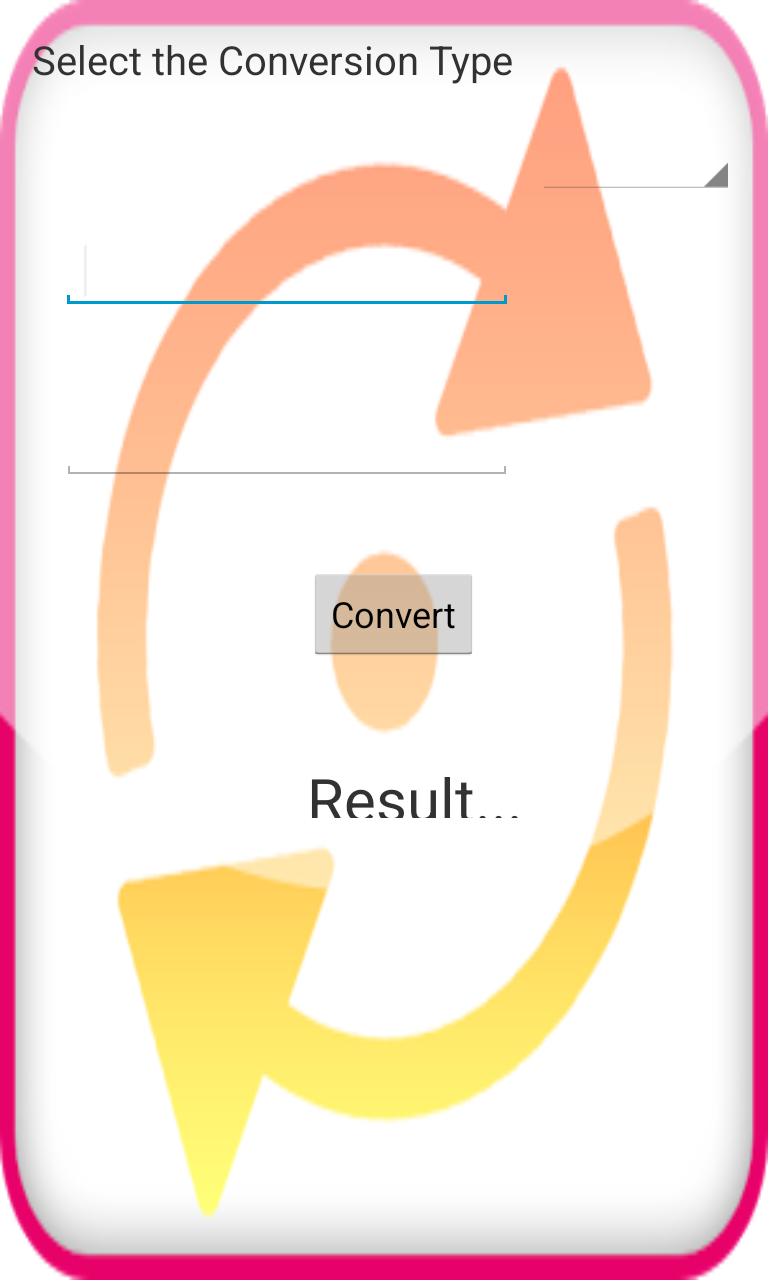
Repository: Shruthi06/designed-droid
Layout: conversion_assignment/res/layout/activity_main.xml
The author's editor kept a copy of each file at every save. The layout is drawn from the files as they stood at one save, then again after the next save.
It is drawn on a 768 x 1280 px phone screen (xhdpi) without system bars, with theme AppTheme; the app's code is not run.

Above is the layout before, as saved 2016-02-05 08:16:52.

After the next save:
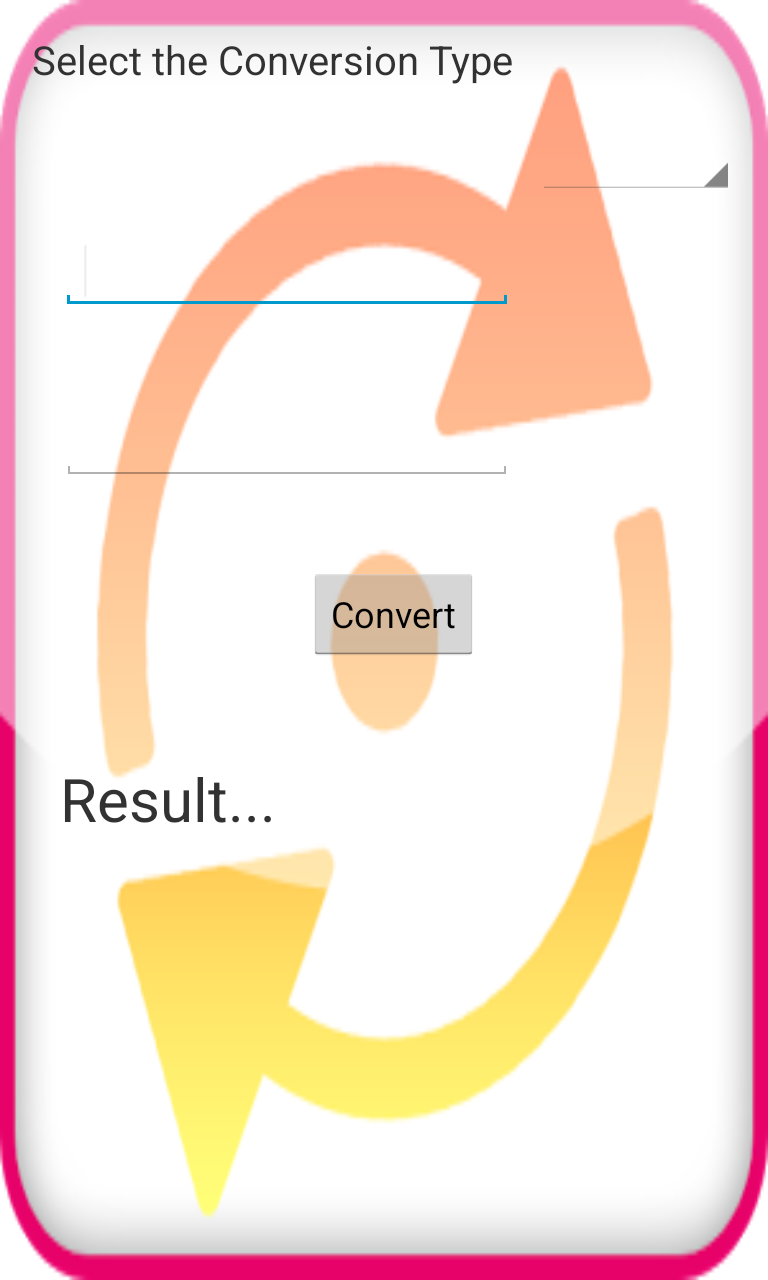
Saved 19 s later.
--- a/conversion_assignment/res/layout/activity_main.xml
+++ b/conversion_assignment/res/layout/activity_main.xml
@@ -63,12 +63,12 @@
 
     <TextView
         android:id="@+id/result_textview"
-        android:layout_width="200dp"
-        android:layout_height="30dp"
-        android:layout_alignLeft="@+id/buttonconvert"
+        android:layout_width="250dp"
+        android:layout_height="50dp"
+        android:layout_alignLeft="@+id/editTextvalue2"
         android:layout_below="@+id/buttonconvert"
         android:layout_marginTop="48dp"
-        android:textSize="30dp"
-        android:text="Result..." />
+        android:text="Result..."
+        android:textSize="30dp" />
 
 </RelativeLayout>
